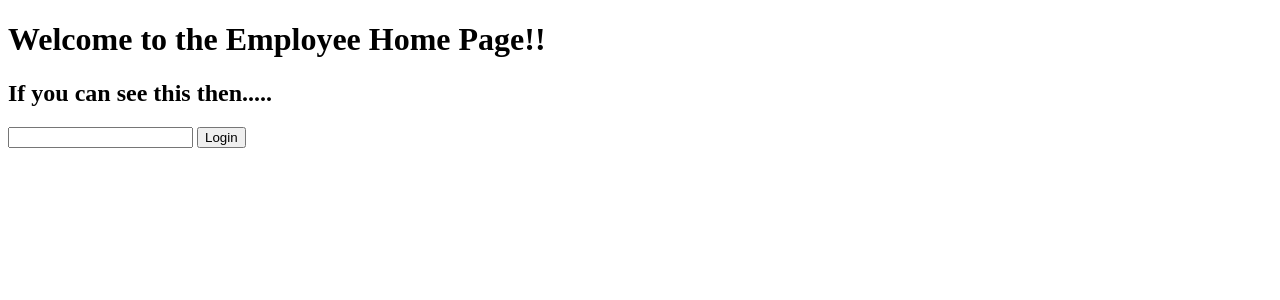
Repository: ricarra08/FullStackBareBones
Page: Project1/src/main/webapp/HomeEMP.html
An editor plug-in stored every save of this project. The page is shown before and after the next save, followed by the edit.
The browser window is 1280 px wide. The pictures show the whole page.

Above is the page before, as saved 2020-09-10 14:43:26.

### Project1/src/main/webapp/HomeEMP.html
<!DOCTYPE html>
<html>
<head>
<meta charset="ISO-8859-1">
<title>Employee Home Page</title>
</head>
<body>
<h1>Welcome to the Employee Home Page!!</h1>
<h2>If you can see this then.....</h2>
	<form action="/Project1/api/logout" method="post">
		<input type = "text" name="email">
		<button type = "submit">Login</button>
	</form>
</body>
</html>

After the next save:
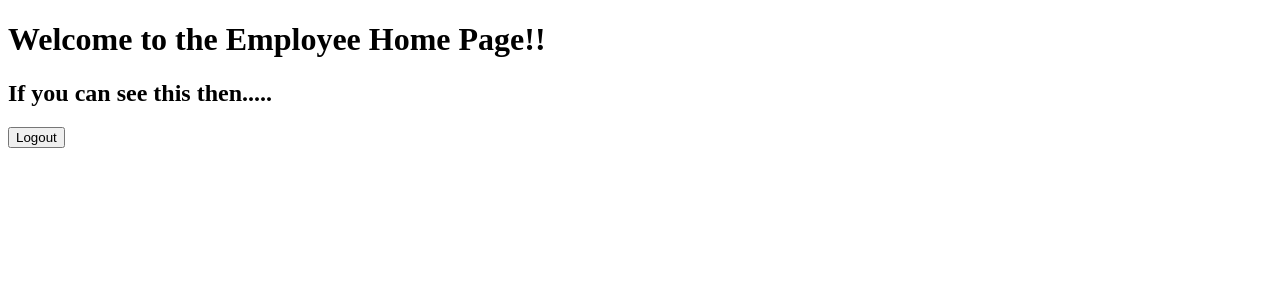
Saved 34 s later.
--- a/Project1/src/main/webapp/HomeEMP.html
+++ b/Project1/src/main/webapp/HomeEMP.html
@@ -8,8 +8,8 @@
 <h1>Welcome to the Employee Home Page!!</h1>
 <h2>If you can see this then.....</h2>
 	<form action="/Project1/api/logout" method="post">
-		<input type = "text" name="email">
-		<button type = "submit">Login</button>
+
+		<button type = "submit">Logout</button>
 	</form>
 </body>
 </html>
